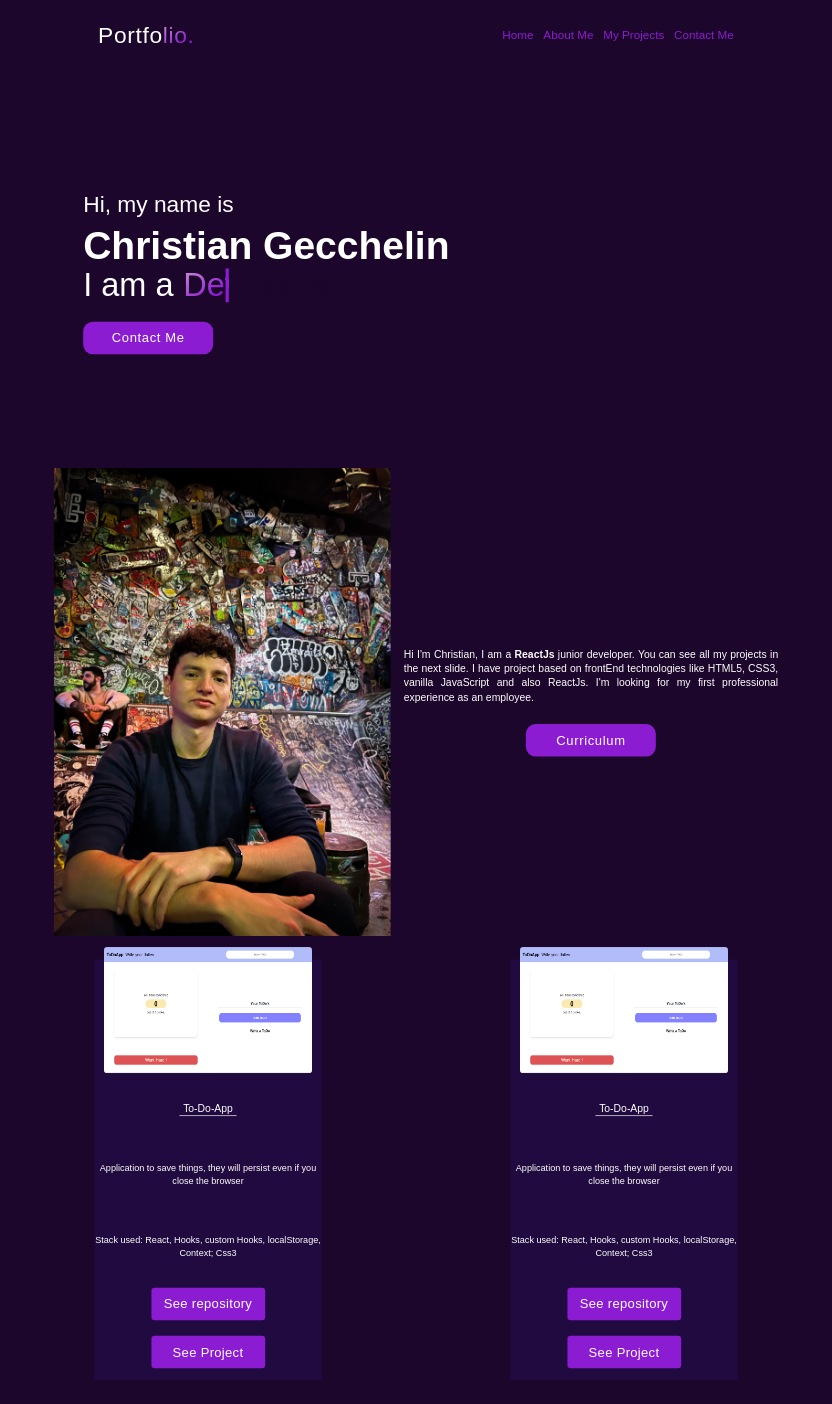
Repository: ChristianGecchelin/portfolio-web
Page: /
The author's editor kept a copy of each file at every save. The page is drawn from the files as they stood at one save, then again after the next save.
The browser window is 1280 px wide. The pictures show the whole page, at 65% of full size.
The project was rebuilt for these pictures with package versions that can differ from the ones it lists, and the page was loaded fresh each time.

Above is the page before, as saved 2022-01-21 23:18:31.

After the next save:
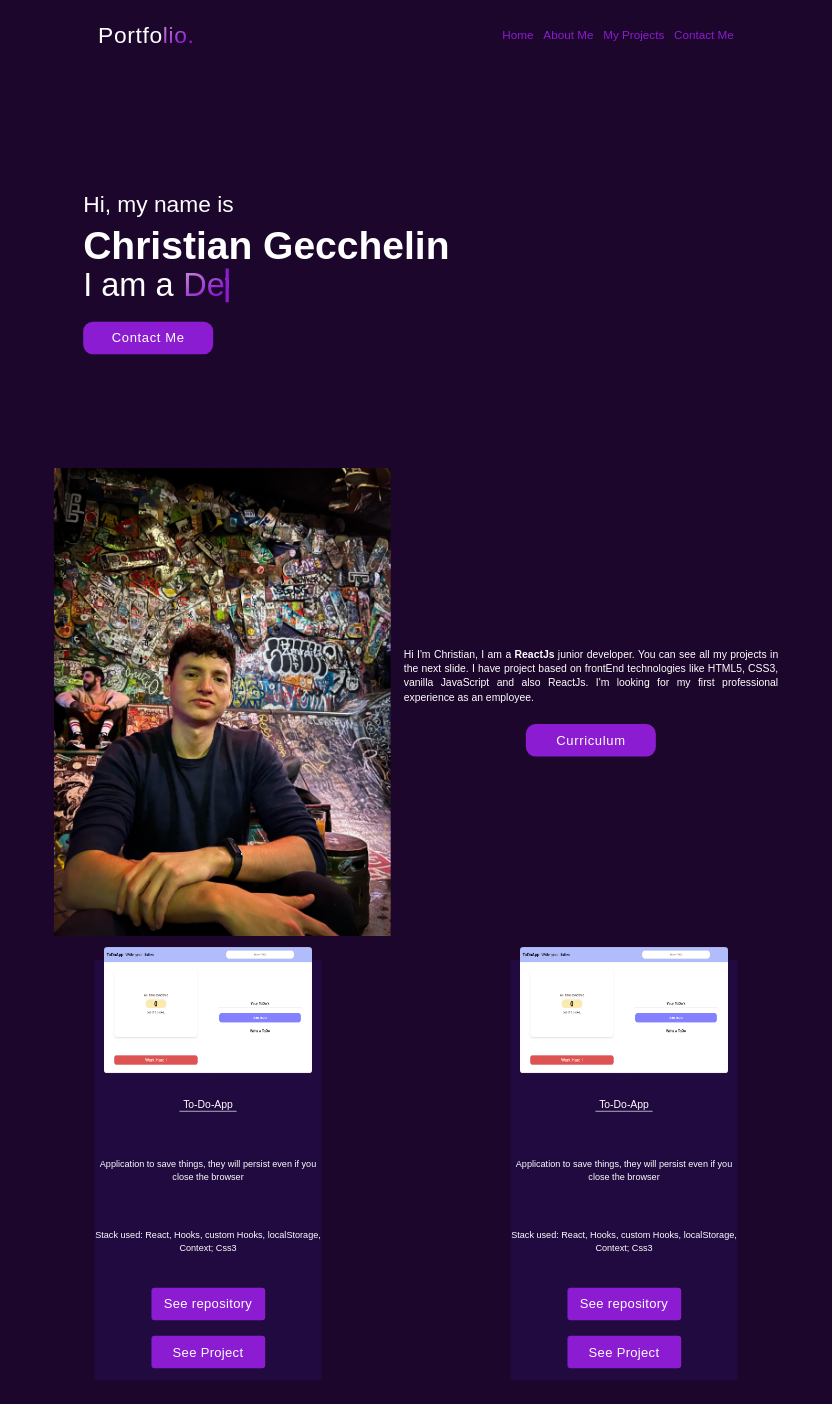
Saved 2 min 7 s later.
--- a/src/MyProjects/MyProjects.css
+++ b/src/MyProjects/MyProjects.css
@@ -90,4 +90,7 @@
     top: calc(-3%);
     border-radius: 5px;
   }
+  .project-section .project-card .card-text-container {
+    height: auto;
+  }
 }
